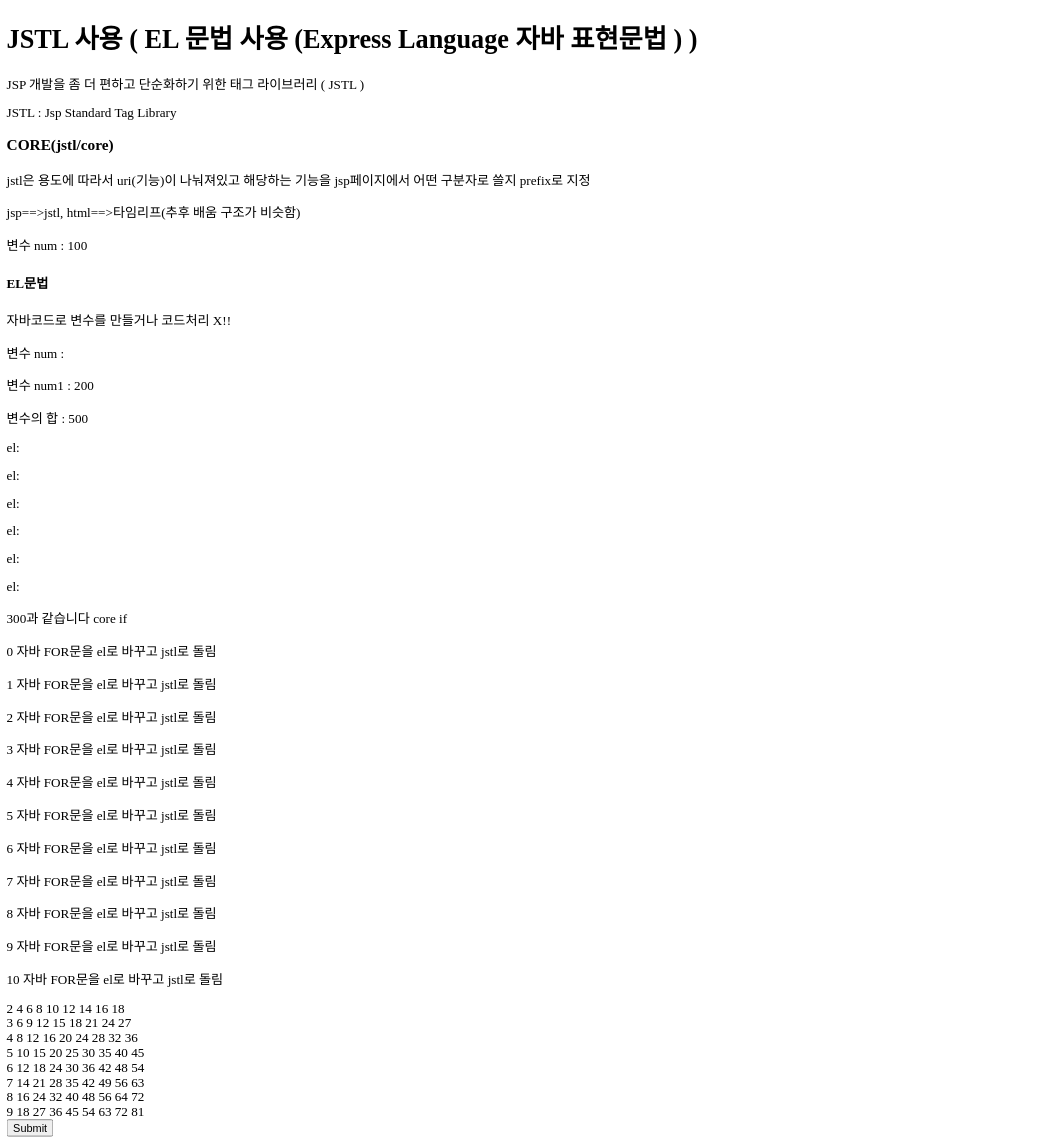
Repository: Kimgigon123123/JspServlet
Page: http://localhost/05.Mybatis/jstl/list.jsp
The author's editor kept a copy of each file at every save. The page is drawn from the files as they stood at one save, then again after the next save.
The browser window is 1280 px wide. The pictures show the whole page, at 82% of full size.
The page is served by Tomcat 9. The template is opened directly, without the code that normally fills it, so the values that code supplies are empty.

Above is the page before, as saved 2023-05-23 02:20:47.

After the next save:
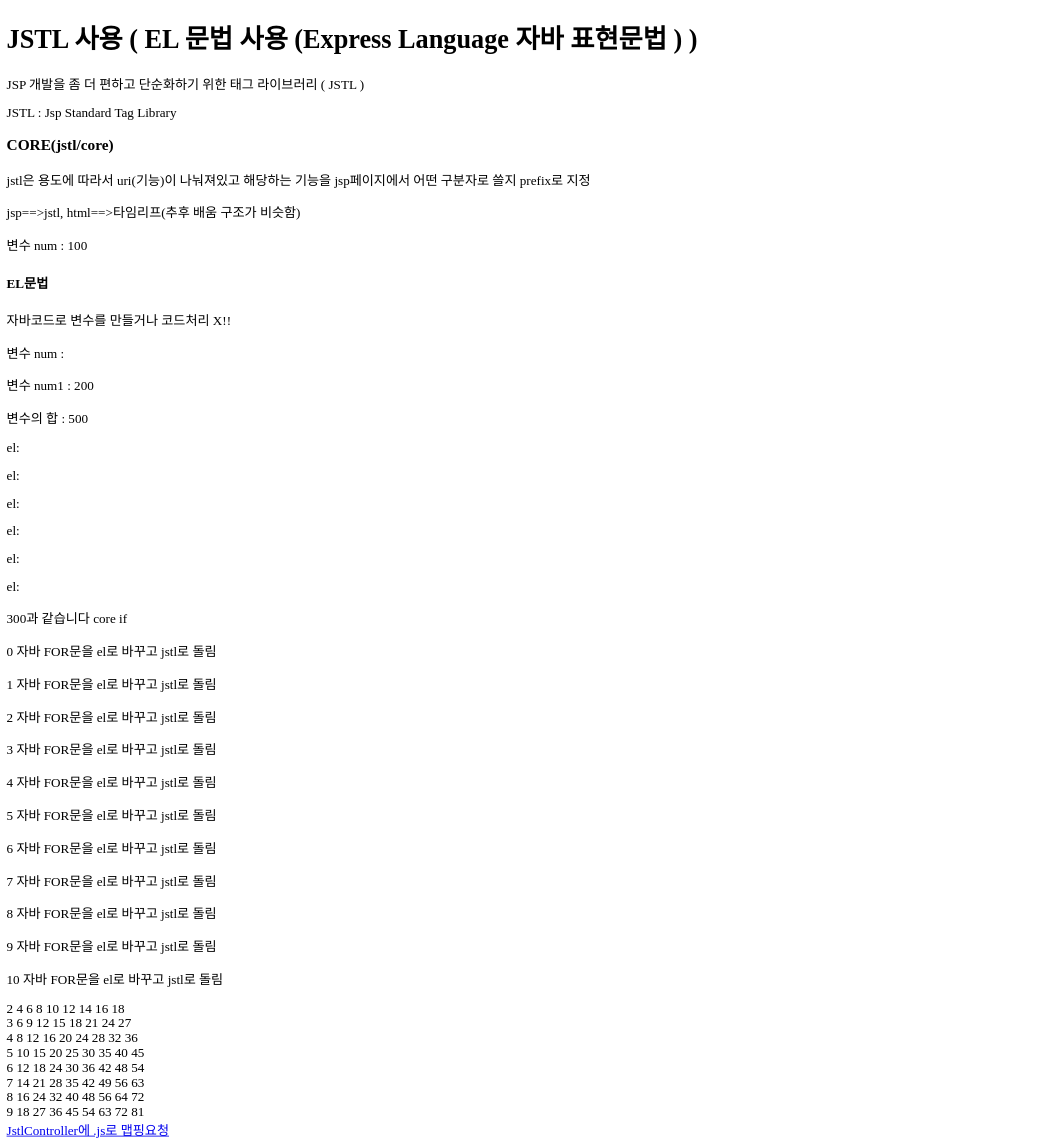
Saved 62 s later.
--- a/WorkSpace/05.Mybatis/src/main/webapp/jstl/list.jsp
+++ b/WorkSpace/05.Mybatis/src/main/webapp/jstl/list.jsp
@@ -55,9 +55,7 @@
 			url이 바뀜. => a 태그, form 태그
 		 -->
 
-		 <form action="list.js">
-		 <input type = "submit">
-		 </form>
+		 <a href="listdetail.js">JstlController에 .js로 맵핑요청</a>
 
 </body>
 </html>
